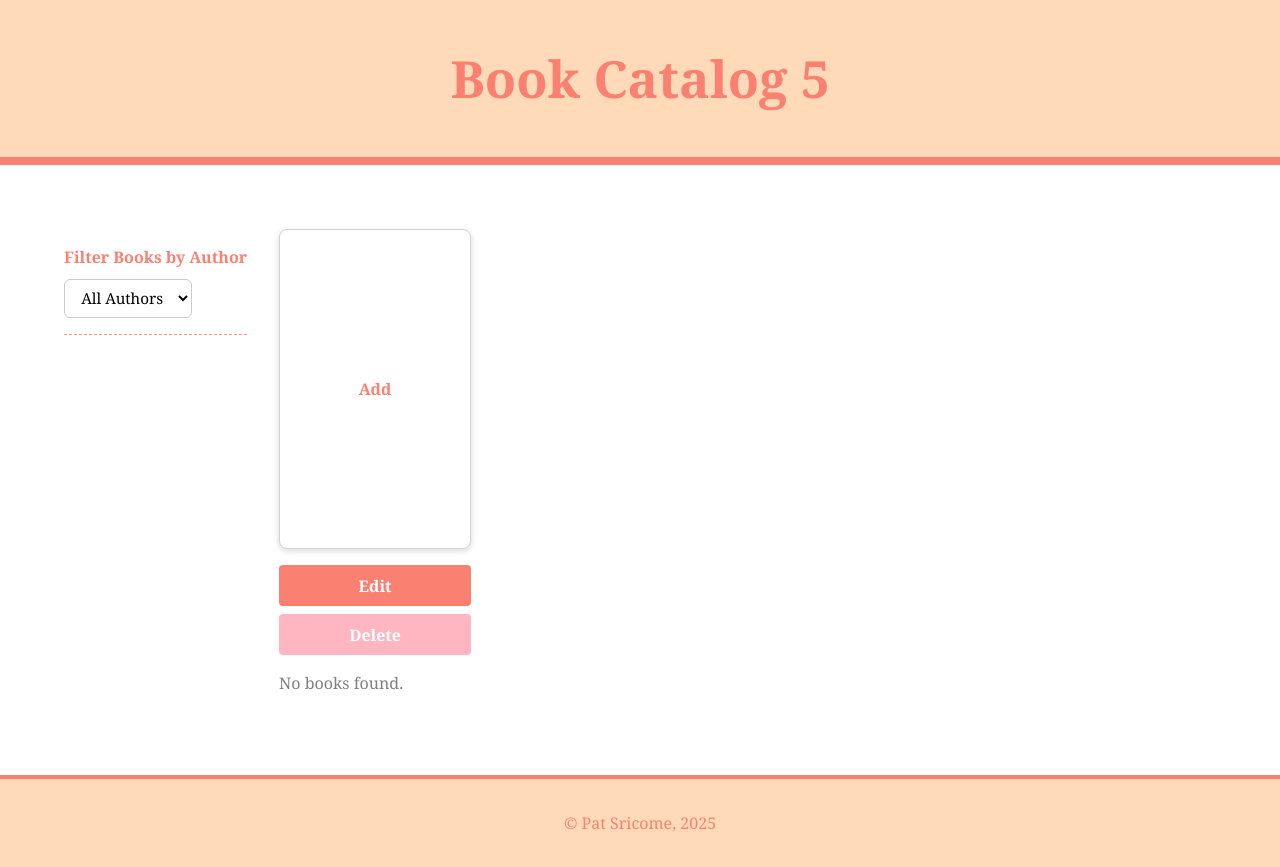
Repository: patcha-d3/book-catalog-v5
Page: /
The author's editor kept a copy of each file at every save. The page is drawn from the files as they stood at one save, then again after the next save.
The browser window is 1280 px wide. The pictures show the whole page.
The project was rebuilt for these pictures with package versions that can differ from the ones it lists, and the page was loaded fresh each time. Also part of the build but not shown: vite.config.js, src/book.jsx.

Above is the page before, as saved 2025-10-28 23:17:42.

### index.html
<!DOCTYPE html>
<html lang="en">
  <head>
    <meta charset="UTF-8" />
    <link rel="icon" type="image/svg+xml" href="/vite.svg" />
    <meta name="viewport" content="width=device-width, initial-scale=1.0" />
    <title>Pat's Rendering lists</title>
  </head>
  <body>
    <div id="root"></div>
    <script type="module" src="/src/main.jsx"></script>
  </body>
</html>

### src/App.jsx
// App.jsx
import { useEffect, useRef, useState } from "react";
import "./App.css";
import Modal from "./components/Modal.jsx";
import AddBook from "./components/AddBook.jsx";
import Book from "./book.jsx";
import BookFilter from "./components/BookFilter.jsx";

const LS_KEY = "books_v5";

function App() {
  const [books, setBooks] = useState([]);

  // Filter state (ตัวอย่าง: author)
  const [filterCriteria, setFilterCriteria] = useState({ author: "" });

  // Edit dialog state
  const editDialogRef = useRef(null);
  const [editingBook, setEditingBook] = useState(null);

  // LocalStorage: load once
  useEffect(() => {
    try {
      const raw = localStorage.getItem(LS_KEY);
      if (raw) {
        const parsed = JSON.parse(raw);
        if (Array.isArray(parsed)) setBooks(parsed);
      }
    } catch {}
  }, []);

  // LocalStorage: save on change
  useEffect(() => {
    localStorage.setItem(LS_KEY, JSON.stringify(books));
  }, [books]);

  // เลือกได้ทีละเล่ม
  const toggleSelect = (isbn13) => {
    setBooks((prev) =>
      prev.map((book) =>
        book.isbn13 === isbn13
          ? { ...book, selected: !book.selected }
          : { ...book, selected: false }
      )
    );
  };

  // เพิ่มหนังสือใหม่
  const handleAddBook = (newBook) => {
    const withDefaults = {
      ...newBook,
      isbn13: crypto?.randomUUID?.() ?? String(Date.now()),
      selected: false,
      image: newBook.url || "https://via.placeholder.com/150x200?text=Book",
      url: newBook.url || "#",
      isUserAdded: true,
    };
    setBooks((prev) => [...prev, withDefaults]);
  };

  // ลบหนังสือที่เลือก
  const handleDeleteBook = () => {
    const selectedBook = books.find((b) => b.selected);
    if (!selectedBook) return alert("Please select a book to delete.");
    setBooks((prev) => prev.filter((b) => b.isbn13 !== selectedBook.isbn13));
  };

  // เปิดฟอร์มแก้ไข
  const handleUpdateBook = () => {
    const selectedBook = books.find((b) => b.selected);
    if (!selectedBook) return alert("Please select a book to edit.");
    setEditingBook(selectedBook);
    editDialogRef.current?.showModal();
  };

  // บันทึกผลการแก้ไข
  const handleSubmitEdit = (patch) => {
    if (!editingBook) return;
    setBooks((prev) =>
      prev.map((b) =>
        b.isbn13 === editingBook.isbn13
          ? {
              ...b,
              ...patch,
              image: patch.url || b.image, // อัปเดตรูปถ้าเปลี่ยน URL
            }
          : b
      )
    );
    setEditingBook(null);
  };

  // Filter
  const handleFilterChange = (e) => {
    const { name, value } = e.target;
    setFilterCriteria((p) => ({ ...p, [name]: value }));
  };

  const uniqueAuthors = [
    ...new Set(books.map((b) => b.author).filter(Boolean)),
  ].sort();

  const filteredBooks = books.filter((b) => {
    const byAuthor =
      !filterCriteria.author || b.author === filterCriteria.author;
    return byAuthor;
  });

  return (
    <div className="app">
      <header className="app-header">
        <h1>Book Catalog 5</h1>
      </header>

      <main className="content">
        {/* 🔹 แถวบน: Filter กลางหน้า */}
        <div className="filters-row">
          <BookFilter
            filterCriteria={filterCriteria}
            onFilterChange={handleFilterChange}
            authors={uniqueAuthors}
          />
        </div>

        {/* 🔹 แถวล่าง: สองคอลัมน์ (ซ้ายปุ่ม/ขวาการ์ด) */}
        <div className="content-body">
          <div className="content-add">
            <Modal btnLabel="Add" btnClassName="button-add">
              <AddBook onAdd={handleAddBook} />
            </Modal>

            <div className="action-buttons">
              <button className="button-update" onClick={handleUpdateBook}>
                Edit
              </button>
              <button className="button-delete" onClick={handleDeleteBook}>
                Delete
              </button>
            </div>
          </div>

          <BookTile books={filteredBooks} onSelect={toggleSelect} />
        </div>
      </main>

      <footer className="footer">
        <p>© Pat Sricome, 2025</p>
      </footer>

      {/* Edit dialog */}
      <dialog ref={editDialogRef}>
        {editingBook && (
          <AddBook
            onAdd={handleSubmitEdit}
            initialData={editingBook}
            submitLabel="Update"
          />
        )}
      </dialog>
    </div>
  );
}

function BookTile({ books, onSelect }) {
  if (books.length === 0) {
    return (
      <div className="content-books">
        <p style={{ color: "gray" }}>No books found.</p>
      </div>
    );
  }

  return (
    <div className="content-books">
      {books.map((book) => (
        <Book
          key={book.isbn13}
          title={book.title}
          author={book.author}
          image={book.image}
          selected={book.selected}
          onSelect={() => onSelect(book.isbn13)}
        />
      ))}
    </div>
  );
}

export default App;

### src/App.css
* {
  font-family: Georgia, "Times New Roman", Times, serif;
}

*,
*::before,
*::after {
  box-sizing: border-box;
}

html {
  display: flex;
  flex-direction: column;
  margin: auto;
  background-color: white;
}

html,
body {
  margin: 0;
  padding: 0;
  background-color: white; /* พื้นหลังขาวล้วน */
}

.content > * {
  margin: 0;
}

.app {
  display: flex;
  flex-direction: column;
  min-height: 100vh; /* ให้ container สูงเต็มหน้าจอ */
  background-color: white;
}

.app-header {
  position: relative;
  top: 0;
  left: 0;
  z-index: 1000;
  width: 100vw;
  background-color: peachpuff;
  color: salmon;
  padding: 1em;
  border-bottom: 8px solid salmon;
  text-align: center;
}

.content {
  flex: 1;
  display: flex;
  flex-direction: row;
  gap: 2em;
  padding: 4em;
  background-color: white;
}

.content-add {
  flex: 0 0 auto;
}

.action-buttons {
  display: flex;
  flex-direction: column;
  gap: 0.5em;
  margin-top: 1em;
  width: 100%;
}

.button-add,
.card-book {
  display: flex;
  flex-direction: column;
  justify-content: center;
  align-items: center;
  min-width: 12em;
  height: 20em;
  border: 1px solid lightgrey;
  border-radius: 0.5em;
  background-color: #fff;
  transition: background-color 0.3s ease, color 0.3s ease;
}

.button-add {
  color: salmon;
  font-weight: bold;
}

.button-add h2 {
  font-size: 1.2em;
  font-weight: normal;
  color: grey;
}

.button-add:hover {
  background-color: darkred;
  color: salmon;
  border: 2px solid salmon;
  font-weight: bold;
}

.button-add:hover h2 {
  color: white; /* make text readable on blue */
}

.content-books {
  display: flex;
  flex-wrap: wrap;
  justify-content: flex-start;
  gap: 2em;
  flex: 1;
}

.card-book div {
  margin: 0 auto;
}

.card-book {
  position: relative; /* ให้ปุ่ม x ยึดกับกรอบ card */
  display: flex;
  flex-direction: column;
  max-width: 12em;
  height: 20em;
  padding: 0.5em;
  border-radius: 0.5em;
  text-align: center;
  color: grey;
  background-color: white;
  overflow: hidden;
}

.card-book-image {
  flex: 0 0 auto;
  display: grid;
  place-items: center;
  max-width: 100%;
  max-height: 100%;
  margin: 0 auto;
}

.card-book-image img {
  width: 100%;
  height: 100%;
  object-fit: contain;
}

.card-book-body {
  display: flex;
  flex-direction: column;
  flex: 1; /* stretch body to take all available space */
}

.card-book-price {
  font-weight: bold;
  margin: 0.5em 0;
  color: #333;
}

.link-button {
  margin-top: auto; /* push button to bottom */
  width: 100%;
  background-color: salmon;
  color: white;
  padding: 0.5em 2.4em;
  text-align: center;
  text-decoration: none;
  font-weight: bold;
  border-radius: 8px;
  transition: background-color 0.3s ease, color 0.3s ease;
}

.link-button::hover {
  background-color: white;
  color: darkred;
}

@media (max-width: 480px) {
  .button-add,
  .card-book {
    max-width: 100%;
  }
}

.footer {
  bottom: 0;
  text-align: center;
  width: 100vw;
  background-color: peachpuff;
  color: salmon;
  padding: 1em;
  border-top: 4px solid salmon;
  margin-top: auto;
}

.card-book,
.button-add {
  box-shadow: 0 2px 6px rgba(0, 0, 0, 0.15);
  transition: box-shadow 0.3s ease, transform 0.3s ease;
}

.card-book:hover,
.button-add:hover {
  box-shadow: 0 4px 12px rgba(0, 0, 0, 0.35);
  transform: translateY(-5px);
}

.book-card span {
  display: inline-block;
  margin-left: 8px;
  font-weight: bold;
  cursor: pointer;
  color: red;
}

.btn-remove {
  font-family: Arial, Helvetica, sans-serif;
  position: absolute;
  top: 0;
  right: 0;
  display: inline-block;
  padding: 0 0.5em;
  background: #eee;
  cursor: pointer;
}

.btn-remove:hover {
  background: #db4141;
  color: white;
}

.form-container {
  padding: 0 3em;

  > form {
    padding: 2em;

    button {
      margin-left: 10em;
    }
  }
  .form-control {
    label {
      display: inline-block;
      width: 10em;
    }
    margin: 1em 0;
  }
}

dialog {
  background-color: white;
  color: #333;
}

dialog form {
  background-color: white;
  color: #333;
}

.card-book.selected {
  border: 3px solid salmon;
  transform: scale(1.02);
}

.book-title {
  font-size: 1rem;
  font-weight: bold;
  color: #333;
  margin: 0.5em 0 0 0;
}

.book-author {
  font-size: 0.9rem;
  color: #666;
  margin: 0.25em 0;
}

.button-update,
.button-delete {
  width: 100%;
  padding: 0.6em 0;
  font-weight: bold;
  border: none;
  color: white;
  cursor: pointer;
  border-radius: 4px;
}

.button-update {
  background-color: salmon;
}

.button-update:hover,
.button-delete:hover {
  background-color: darkred;
}

.button-delete {
  background-color: lightpink;
}

/* ---------- Modal (dialog) ---------- */
dialog {
  border: none;
  border-radius: 12px;
  padding: 2.5em;
  width: 420px;
  max-width: 90%;
  background-color: #fff;
  box-shadow: 0 6px 20px rgba(0, 0, 0, 0.2);
}

dialog::backdrop {
  background-color: rgba(0, 0, 0, 0.4);
}

/* ---------- Form Container ---------- */
.form-container {
  display: flex;
  flex-direction: column;
  align-items: stretch;
}

.form-container h2 {
  text-align: center;
  margin-bottom: 1.5em;
  color: salmon;
}

/* ---------- Each Form Row ---------- */
.form-row {
  display: flex;
  flex-direction: column;
  margin-bottom: 1em;
}

.form-row label {
  margin-bottom: 0.3em;
  font-weight: bold;
  color: #555;
  font-size: 0.9rem;
}

.form-row input {
  padding: 0.6em 0.8em;
  border: 1px solid #ccc;
  border-radius: 6px;
  font-size: 0.9rem;
  transition: border-color 0.2s ease;
}

.form-row input:focus {
  outline: none;
  border-color: salmon;
  box-shadow: 0 0 0 2px rgba(250, 128, 114, 0.25);
}

/* ---------- Buttons ---------- */
.modal-buttons {
  display: flex;
  justify-content: center;
  gap: 1em;
  margin-top: 1.5em;
}

.modal-buttons button {
  min-width: 100px;
  padding: 0.6em 1.2em;
  border: none;
  border-radius: 6px;
  font-size: 0.9rem;
  font-weight: bold;
  cursor: pointer;
  transition: all 0.25s ease;
}

/* Save button */
.modal-buttons .btn.primary {
  background-color: salmon;
  color: white;
}

.modal-buttons .btn.primary:hover {
  background-color: darkred;
}

/* Cancel button */
.modal-buttons button[type="button"] {
  background-color: lightgray;
  color: #333;
}

.modal-buttons button[type="button"]:hover {
  background-color: #ccc;
}

.modal-buttons {
  display: flex;
  justify-content: center;
  margin-top: 1.5em;
}

.modal-buttons button {
  width: 60%;
  padding: 0.7em 0;
  border: none;
  border-radius: 6px;
  font-weight: bold;
  background-color: salmon;
  color: white;
  cursor: pointer;
  transition: all 0.25s ease;
}

.modal-buttons button:hover {
  background-color: darkred;
}

/* Filter panel */
.filter-controls {
  display: flex;
  flex-direction: column;
  gap: 0.6em;
  padding: 1em 0;
  margin-bottom: 0.5em;
  border-bottom: 1px dashed #f1a08f; /* โทนใกล้ salmon */
}

.filter-controls h3 {
  font-size: 1rem;
  margin: 0;
  color: salmon;
}

.filter-row {
  display: flex;
  flex-direction: column;
  gap: 0.6em;
}

.author-dropdown {
  padding: 0.5em 0.8em;
  border: 1px solid #ccc;
  border-radius: 6px;
  background-color: #fff;
  font-size: 0.95rem;
}

.author-dropdown:focus {
  outline: none;
  border-color: salmon;
  box-shadow: 0 0 0 2px rgba(250, 128, 114, 0.2);
}

### src/components/Modal.jsx
import { useRef } from "react";

function Modal({ btnLabel, children, btnClassName }) {
  const modalRef = useRef();

  const openModal = () => modalRef.current.showModal();
  const closeModal = () => modalRef.current.close();

  return (
    <>
      <button onClick={openModal} className={btnClassName}>
        {btnLabel}
      </button>

      <dialog ref={modalRef}>{children}</dialog>
    </>
  );
}

export default Modal;

### src/components/AddBook.jsx
import { useEffect, useState } from "react";

function AddBook({ onAdd, initialData = null, submitLabel = "Save" }) {
  const [formData, setFormData] = useState({
    title: "",
    author: "",
    publisher: "",
    year: "",
    language: "",
    pages: "",
    url: "",
  });

  // ✅ เติมค่าเริ่มต้นตอนเปิดโหมดแก้ไข
  useEffect(() => {
    if (initialData) {
      setFormData({
        title: initialData.title || "",
        author: initialData.author || "",
        publisher: initialData.publisher || "",
        year: initialData.year ?? "",
        language: initialData.language || "",
        pages: initialData.pages ?? "",
        url: initialData.url || initialData.image || "",
      });
    }
  }, [initialData]);

  const handleChange = (e) => {
    const { name, value } = e.target;
    setFormData((prev) => ({ ...prev, [name]: value }));
  };

  const handleSubmit = (e) => {
    e.preventDefault();

    const payload = {
      title: formData.title.trim(),
      author: formData.author.trim(),
      publisher: formData.publisher.trim(),
      language: formData.language.trim(),
      year: formData.year ? Number(formData.year) : "",
      pages: formData.pages ? Number(formData.pages) : "",
      url: formData.url.trim(),
    };

    if (!payload.title || !payload.author) {
      alert("Please enter at least a title and author.");
      return;
    }

    onAdd(payload);

    // reset เฉพาะตอน add (ไม่รีเซ็ตเวลา edit)
    if (!initialData) {
      setFormData({
        title: "",
        author: "",
        publisher: "",
        year: "",
        language: "",
        pages: "",
        url: "",
      });
    }

    // ปิด dialog ตัวที่ครอบอยู่
    e.target.closest("dialog")?.close();
  };

  return (
    <div className="form-container">
      <h2>{initialData ? "Edit Book" : "Add New Book"}</h2>
      <form onSubmit={handleSubmit} className="modal-form" noValidate>
        <div className="form-row">
          <label htmlFor="title">Title *</label>
          <input
            id="title"
            name="title"
            value={formData.title}
            onChange={handleChange}
            placeholder="Book title"
            required
          />
        </div>
        <div className="form-row">
          <label htmlFor="author">Author *</label>
          <input
            id="author"
            name="author"
            value={formData.author}
            onChange={handleChange}
            placeholder="Author name"
            required
          />
        </div>
        <div className="form-row">
          <label htmlFor="publisher">Publisher</label>
          <input
            id="publisher"
            name="publisher"
            value={formData.publisher}
            onChange={handleChange}
            placeholder="Publisher"
          />
        </div>
        <div className="form-row">
          <label htmlFor="year">Publication Year</label>
          <input
            id="year"
            name="year"
            type="number"
            inputMode="numeric"
            value={formData.year}
            onChange={handleChange}
            placeholder="e.g. 2024"
          />
        </div>
        <div className="form-row">
          <label htmlFor="language">Language</label>
          <input
            id="language"
            name="language"
            value={formData.language}
            onChange={handleChange}
            placeholder="Language"
          />
        </div>
        <div className="form-row">
          <label htmlFor="pages">Pages</label>
          <input
            id="pages"
            name="pages"
            type="number"
            inputMode="numeric"
            value={formData.pages}
            onChange={handleChange}
            placeholder="e.g. 320"
          />
        </div>
        <div className="form-row">
          <label htmlFor="url">Url Link (cover image)</label>
          <input
            id="url"
            name="url"
            type="url"
            inputMode="url"
            value={formData.url}
            onChange={handleChange}
            placeholder="https://example.com/cover.jpg"
          />
        </div>

        <div className="modal-buttons">
          <button type="submit" className="btn primary">
            {submitLabel}
          </button>
        </div>
      </form>
    </div>
  );
}

export default AddBook;

### src/components/BookFilter.jsx
import React from "react";
import "../App.css";

export default function BookFilter({
  filterCriteria,
  onFilterChange,
  authors,
}) {
  return (
    <div className="filter-controls">
      <h3>Filter Books by Author</h3>
      <div className="filter-row">
        <div className="filter-group">
          <select
            id="author-filter"
            name="author"
            value={filterCriteria.author}
            onChange={onFilterChange}
            className="author-dropdown"
          >
            <option value="">All Authors</option>
            {authors.map((author, index) => (
              <option key={index} value={author}>
                {author}
              </option>
            ))}
          </select>
        </div>
      </div>
    </div>
  );
}

Loaded but not shown: src/main.jsx (common file); src/index.css (common file)

After the next save:
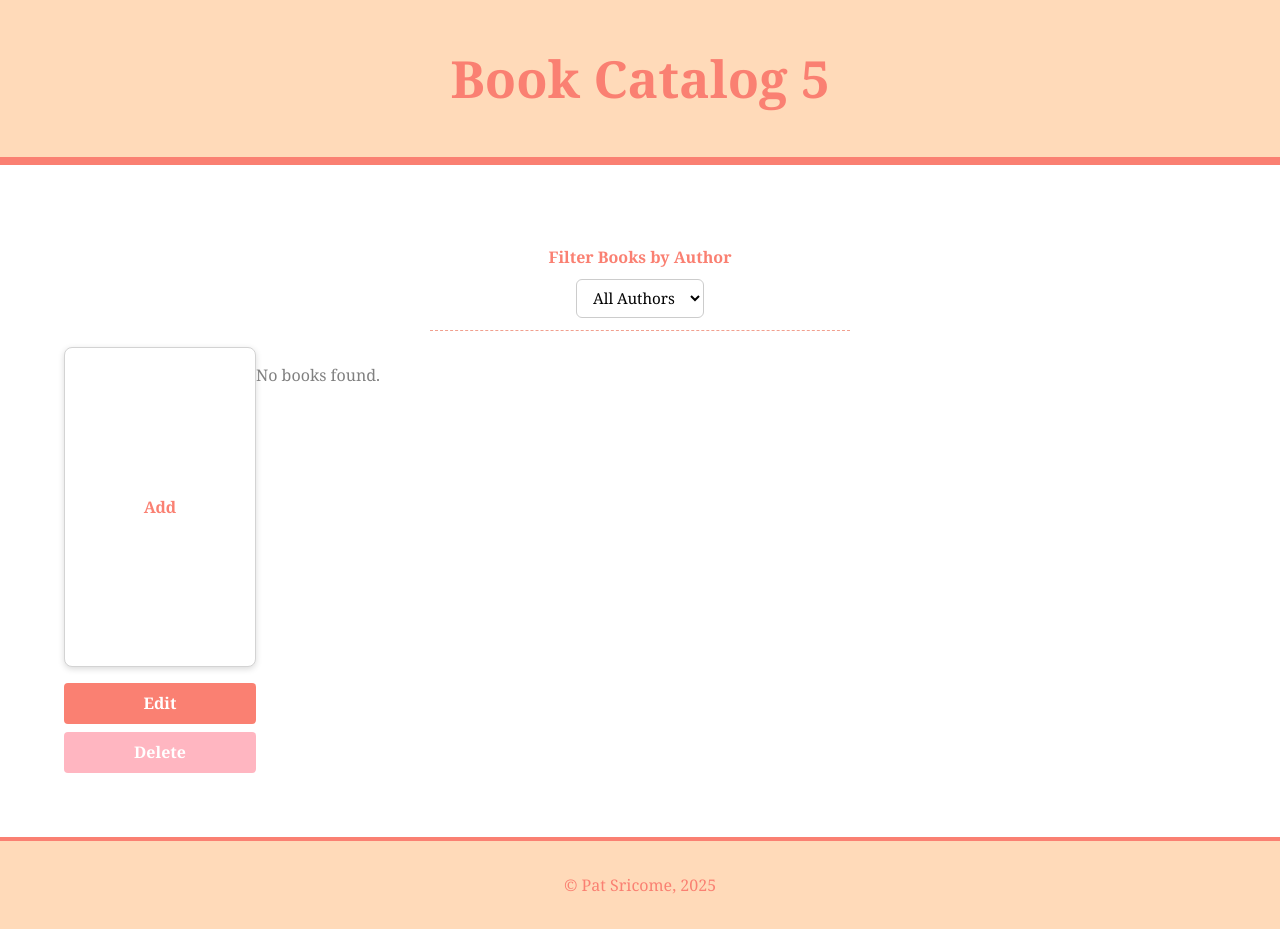
Saved 10 s later.
--- a/src/App.css
+++ b/src/App.css
@@ -451,3 +451,34 @@ dialog::backdrop {
   border-color: salmon;
   box-shadow: 0 0 0 2px rgba(250, 128, 114, 0.2);
 }
+
+/* โครง content เป็นคอลัมน์: filter บน / body ล่าง */
+.content {
+  display: flex;
+  flex-direction: column;
+  gap: 1rem;
+  padding: 4em;
+}
+
+/* แถว filter ให้อยู่กลางหน้า */
+.filters-row {
+  display: flex;
+  justify-content: center;
+  width: 100%;
+}
+
+/* กล่องฟิลเตอร์: คุมความกว้างและจัดกลาง */
+.filter-controls {
+  width: 100%;
+  max-width: 420px;
+  margin: 0 auto;
+  text-align: center;
+  border-bottom: 1px dashed #f1a08f;
+  padding-bottom: 0.75rem;
+}
+
+/* แถวล่าง: สองคอลัมน์ */
+.content-body {
+  display: grid;
+  grid-template-columns: auto 1fr; /* ซ้ายคงที่ ขวายืด */
+  g
